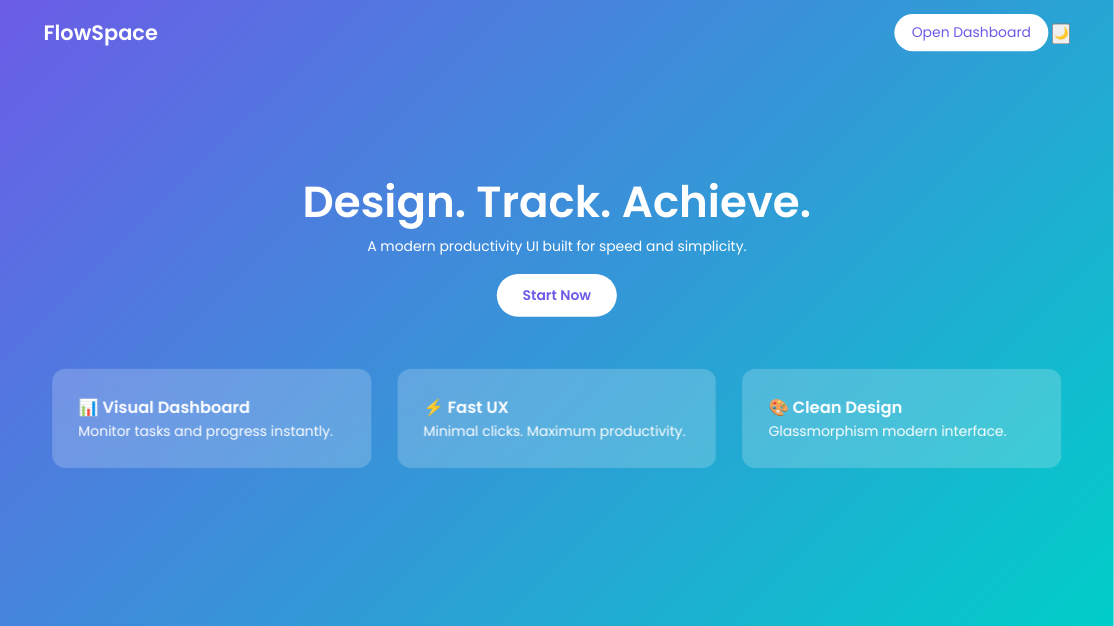
Repository: 07MADARA/flowspace-dashboard
Page: index.html
These files come from the project's save history. The page is drawn as it stood at one moment and after the next save; the edit follows.
The browser window is 1280 px wide. The pictures show the whole page, at 87% of full size.

Above is the page before, as saved 2026-03-15 09:58:07.

### index.html
<!DOCTYPE html>
<html>

<head>

<title>FlowSpace</title>

<link rel="stylesheet" href="css/style.css">

<link href="https://fonts.googleapis.com/css2?family=Poppins:wght@300;400;600&display=swap" rel="stylesheet">

</head>

<div id="particles-js"></div>

<script src="https://cdn.jsdelivr.net/npm/particles.js"></script>

<body>

<nav>

<h2 class="logo">FlowSpace</h2>

<div class="nav-buttons">

<a href="dashboard.html" class="btn">Open Dashboard</a>

<button id="themeToggle">🌙</button>

</div>

</nav>

<section class="hero">

<h1>Design. Track. Achieve.</h1>

<p>A modern productivity UI built for speed and simplicity.</p>

<a href="dashboard.html" class="cta">Start Now</a>

</section>

<section class="features">

<div class="feature">
<h3>📊 Visual Dashboard</h3>
<p>Monitor tasks and progress instantly.</p>
</div>

<div class="feature">
<h3>⚡ Fast UX</h3>
<p>Minimal clicks. Maximum productivity.</p>
</div>

<div class="feature">
<h3>🎨 Clean Design</h3>
<p>Glassmorphism modern interface.</p>
</div>

</section>

<script src="js/script.js"></script>

</body>
</html>

### css/style.css
*{
margin:0;
padding:0;
box-sizing:border-box;
font-family:Poppins;
}

body{

background:linear-gradient(135deg,#6C5CE7,#00CEC9);
color:white;
min-height:100vh;

}

/* NAVBAR */

nav{

display:flex;
justify-content:space-between;
align-items:center;

padding:20px 50px;

}

.btn{

background:white;
color:#6C5CE7;

padding:10px 20px;

border-radius:25px;

text-decoration:none;

}

/* HERO */

.hero{

text-align:center;

margin-top:120px;

}

.hero h1{

font-size:50px;

}

.cta{

display:inline-block;

margin-top:20px;

background:white;

color:#6C5CE7;

padding:12px 30px;

border-radius:30px;

text-decoration:none;

font-weight:600;

}

/* FEATURES */

.features{

display:grid;

grid-template-columns:repeat(auto-fit,minmax(250px,1fr));

gap:30px;

padding:60px;

}

.feature{

background:rgba(255,255,255,0.2);

padding:30px;

border-radius:15px;

backdrop-filter:blur(10px);

transition:0.3s;

}

.feature:hover{

transform:translateY(-10px);

}

/* DASHBOARD */

.dashboard-container{

display:flex;

}

.sidebar{

width:220px;

background:rgba(0,0,0,0.3);

height:100vh;

padding:30px;

}

.sidebar ul{

list-style:none;

margin-top:30px;

}

.sidebar li{

margin:15px 0;

cursor:pointer;

}

.main{

flex:1;

padding:40px;

}

.cards{

display:grid;

grid-template-columns:repeat(auto-fit,minmax(200px,1fr));

gap:20px;

margin-bottom:40px;

}

.card{

background:white;

color:black;

padding:25px;

border-radius:12px;

box-shadow:0 10px 20px rgba(0,0,0,0.2);

transition:0.3s;

}

.card:hover{

transform:scale(1.05);

}

/* MOBILE */

@media(max-width:768px){

.dashboard-container{

flex-direction:column;

}

.sidebar{

width:100%;
height:auto;

}

}

### js/script.js
const toggle = document.getElementById("themeToggle")

if(toggle){

toggle.addEventListener("click",()=>{

document.body.classList.toggle("dark")

})

}

/* Chart */

const ctx = document.getElementById('chart')

if(ctx){

new Chart(ctx,{

type:'bar',

data:{

labels:['Mon','Tue','Wed','Thu','Fri'],

datasets:[{

label:'Productivity',

data:[5,7,4,8,6]

}]

}

})

}

After the next save:
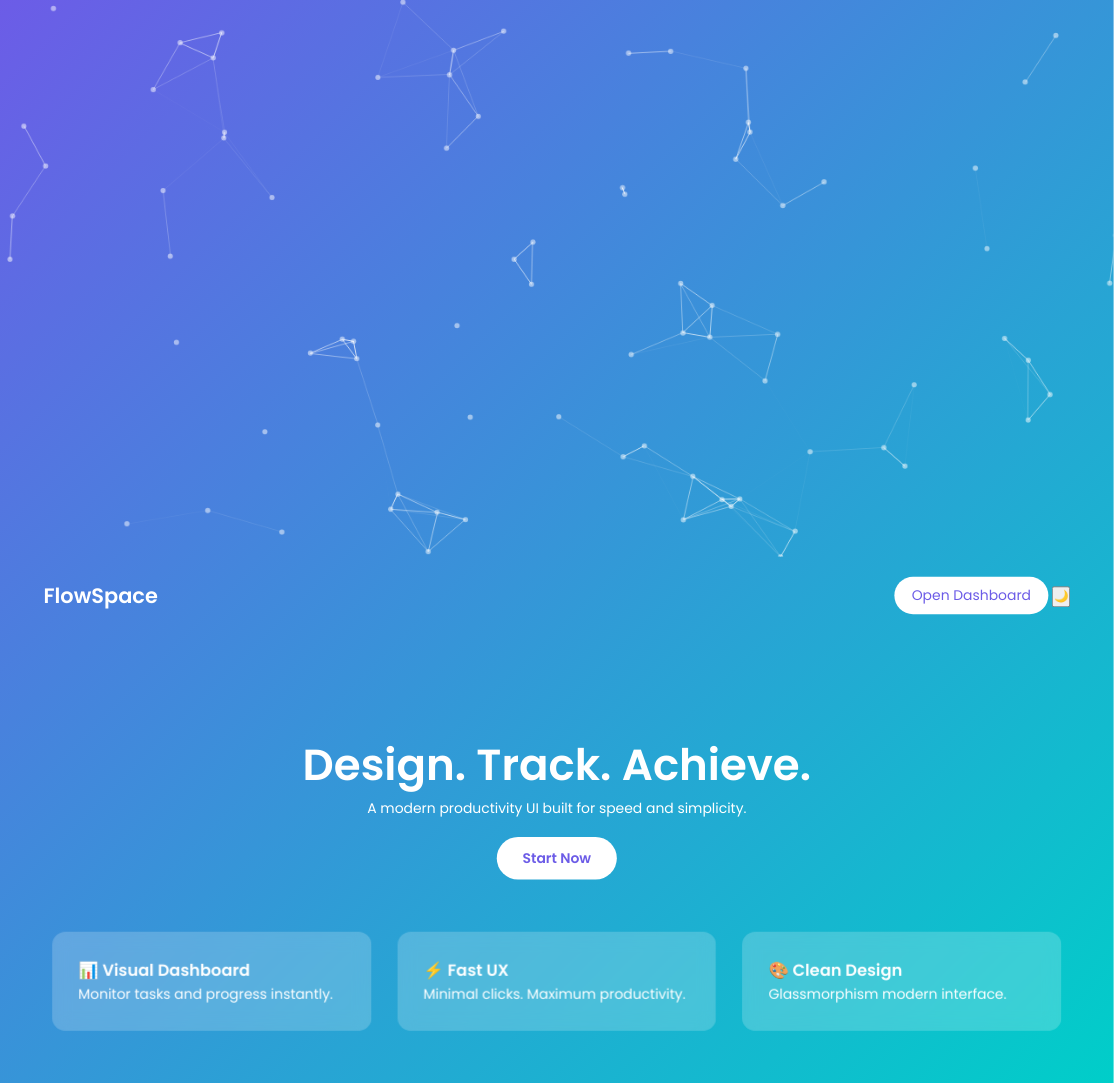
Saved 23 s later.
--- a/index.html
+++ b/index.html
@@ -14,6 +14,30 @@
 <div id="particles-js"></div>
 
 <script src="https://cdn.jsdelivr.net/npm/particles.js"></script>
+
+<script>
+
+particlesJS("particles-js",{
+
+particles:{
+
+number:{ value:80 },
+
+color:{ value:"#ffffff" },
+
+shape:{ type:"circle" },
+
+opacity:{ value:0.5 },
+
+size:{ value:3 },
+
+move:{ speed:2 }
+
+}
+
+})
+
+</script>
 
 <body>
 

After the 2 saves that followed:
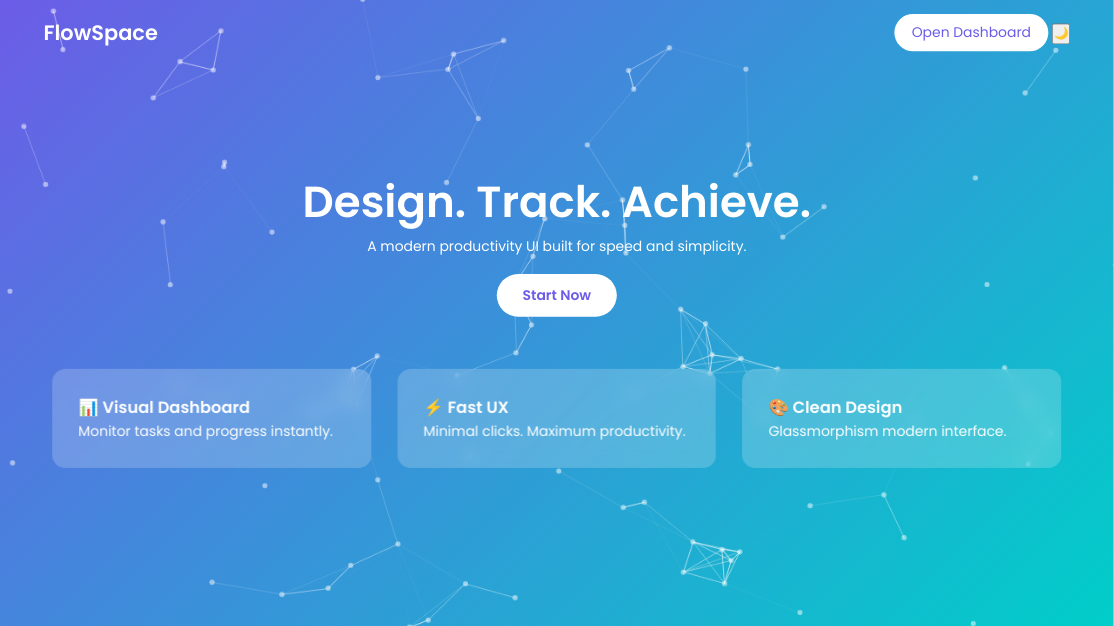
The 2 saves are shown as one change because they came seconds apart.
The last was saved 30 s later.
--- a/css/style.css
+++ b/css/style.css
@@ -1,3 +1,14 @@
+#particles-js{
+
+position:fixed;
+
+width:100%;
+
+height:100%;
+
+z-index:-1;
+
+}
 *{
 margin:0;
 padding:0;
